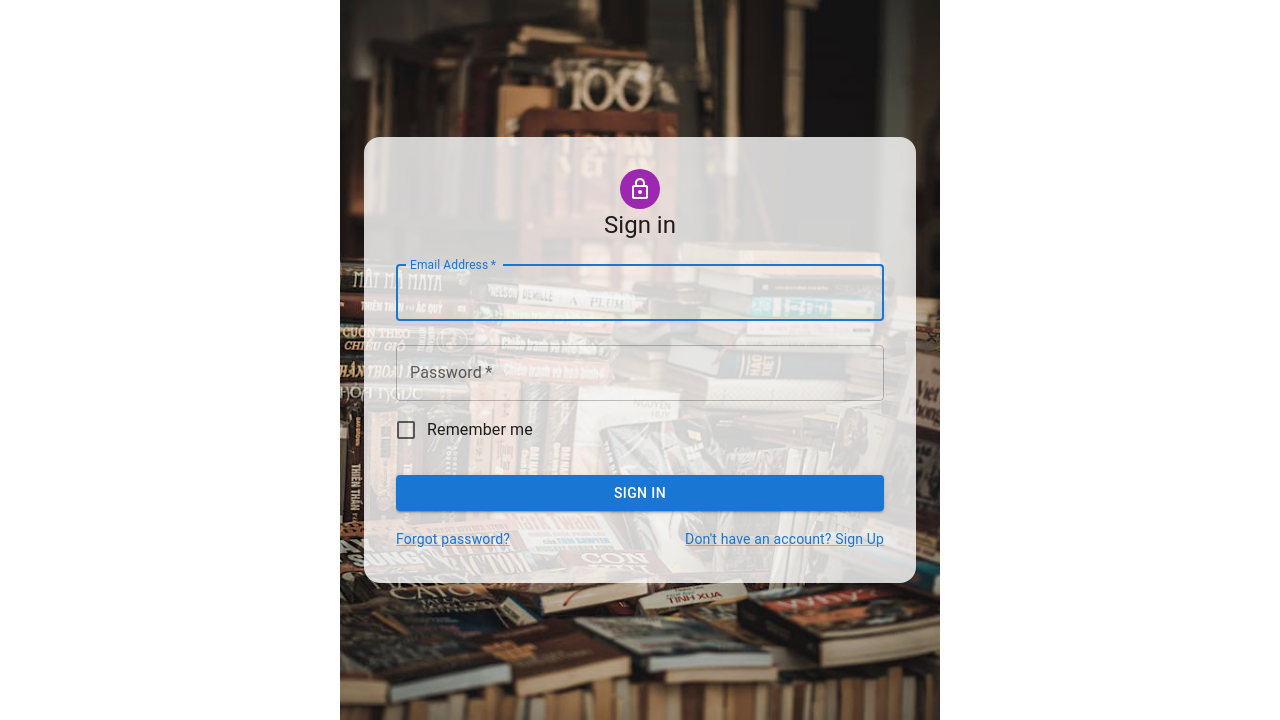
Repository: Milith97/Book-Borrowing-System
Page: /
These files come from the project's save history. The page is drawn as it stood at one moment and after the next save; the edit follows.
The browser window is 1280 px wide. The pictures show the whole page.
The project was rebuilt for these pictures with package versions that can differ from the ones it lists, and the page was loaded fresh each time. Also part of the build but not shown: vite.config.js, src/Componnts/SignUp.jsx, src/index.css.

Above is the page before, as saved 2024-03-25 13:50:26.

After the next save:
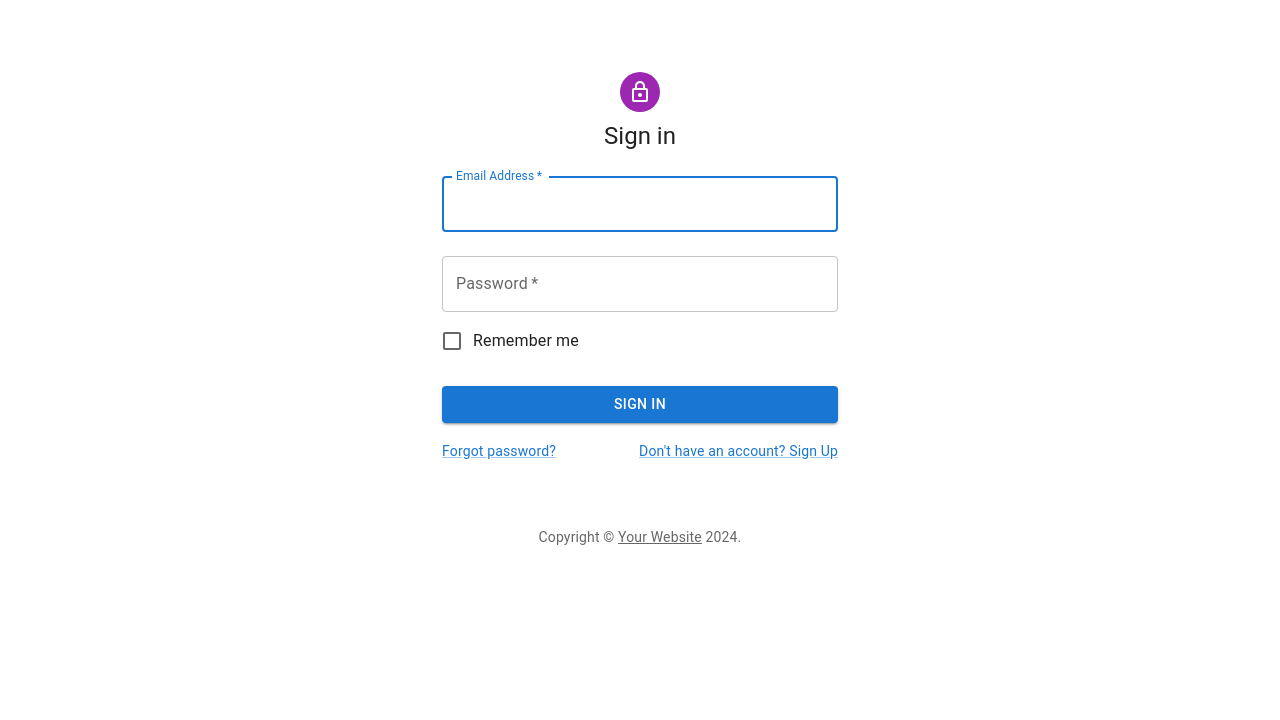
Saved 14 s later.
--- a/src/Componnts/SignIn.jsx
+++ b/src/Componnts/SignIn.jsx
@@ -1,5 +1,4 @@
-import React from 'react';
-import { Link as RouterLink } from 'react-router-dom';
+import * as React from 'react';
 import Avatar from '@mui/material/Avatar';
 import Button from '@mui/material/Button';
 import CssBaseline from '@mui/material/CssBaseline';
@@ -12,38 +11,56 @@
 import LockOutlinedIcon from '@mui/icons-material/LockOutlined';
 import Typography from '@mui/material/Typography';
 import Container from '@mui/material/Container';
+import { Link as RouterLink } from 'react-router-dom';
 import { createTheme, ThemeProvider } from '@mui/material/styles';
 
-// Import your image
-import backgroundImage from '../assets/img/signin.jpg';
+function Copyright(props) {
+  return (
+    <Typography variant="body2" color="text.secondary" align="center" {...props}>
+      {'Copyright © '}
+      <Link color="inherit" href="https://mui.com/">
+        Your Website
+      </Link>{' '}
+      {new Date().getFullYear()}
+      {'.'}
+    </Typography>
+  );
+}
+
+// TODO remove, this demo shouldn't need to reset the theme.
 
 const defaultTheme = createTheme();
 
 export default function SignIn() {
+  const handleSubmit = (event) => {
+    event.preventDefault();
+    const data = new FormData(event.currentTarget);
+    console.log({
+      email: data.get('email'),
+      password: data.get('password'),
+    });
+  };
+
   return (
     <ThemeProvider theme={defaultTheme}>
-      <Container
-        component="main"
-        maxWidth="sm"
-        sx={{
-          backgroundImage: `url(${backgroundImage})`,
-          backgroundSize: 'cover',
-          backgroundPosition: 'center',
-          minHeight: '100vh',
-          display: 'flex',
-          alignItems: 'center',
-          justifyContent: 'center',
-        }}
-      >
+      <Container component="main" maxWidth="xs" sx={{ borderRadius:5,}}>
         <CssBaseline />
-        <Box sx={{ bgcolor: 'rgba(255, 255, 255, 0.8)', p: 4, borderRadius: 4, minWidth: 300 }}>
-          <Avatar sx={{ m: 1, bgcolor: 'secondary.main', margin: 'auto' }}>
+        <Box
+          sx={{
+            marginTop: 8,
+            display: 'flex',
+            flexDirection: 'column',
+            alignItems: 'center',
+
+          }}
+        >
+          <Avatar sx={{ m: 1, bgcolor: 'secondary.main' }}>
             <LockOutlinedIcon />
           </Avatar>
-          <Typography component="h1" variant="h5" align="center">
+          <Typography component="h1" variant="h5">
             Sign in
           </Typography>
-          <Box component="form" noValidate sx={{ mt: 1 }}>
+          <Box component="form" onSubmit={handleSubmit} noValidate sx={{ mt: 1 }}>
             <TextField
               margin="normal"
               required
@@ -78,7 +95,7 @@
             </Button>
             <Grid container>
               <Grid item xs>
-                <Link component={RouterLink} to="#" variant="body2">
+                <Link href="#" variant="body2">
                   Forgot password?
                 </Link>
               </Grid>
@@ -90,6 +107,7 @@
             </Grid>
           </Box>
         </Box>
+        <Copyright sx={{ mt: 8, mb: 4 }} />
       </Container>
     </ThemeProvider>
   );
